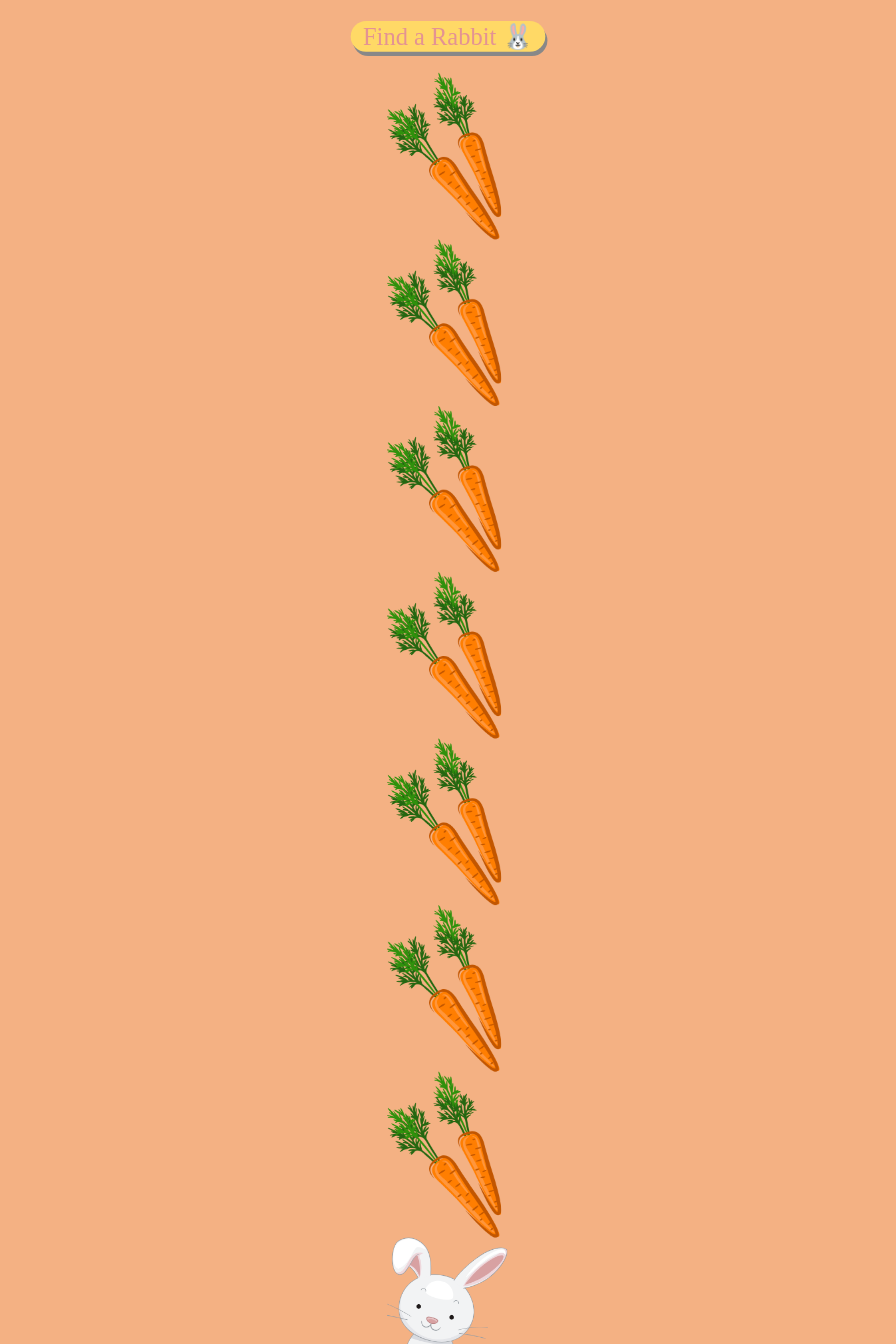
Repository: sephinejo/frontend-browser-101
Page: browser/practice-find-rabbit/index.html
The author's editor kept a copy of each file at every save. The page is drawn from the files as they stood at one save, then again after the next save.
The browser window is 1280 px wide. The pictures show the part of the page from y = 0 to 1920 px (the page is 2925 px tall before and 2990 px after), at 70% of full size.
Some web fonts or font styles are not loaded; a fallback is used.

Above is the page before, as saved 2023-05-10 21:32:31.

### browser/practice-find-rabbit/index.html
<!DOCTYPE html>
<html lang="en">
  <head>
    <meta charset="UTF-8" />
    <meta name="viewport" content="width=device-width, initial-scale=1.0" />
    <title>Find a Rabbit 🐰</title>
    <link rel="preconnect" href="https://fonts.googleapis.com" />
    <link rel="preconnect" href="https://fonts.gstatic.com" crossorigin />
    <link
      href="https://fonts.googleapis.com/css2?family=Alice&display=swap"
      rel="stylesheet"
    />
    <style>
      body {
        margin: 0;
        text-align: center;
        align-items: center;
        background-color: #f4b183;
      }

      button {
        border-style: none;
        border-radius: 1.4rem;
        margin: 30px 0;
        padding: 1.5px 18px;
        background-color: #ffd966;
        color: #e49393;
        font-size: 35px;
        font-family: Alice;
        box-shadow: 3px 6px #888888;
      }

      button:hover {
        transform: scale(1.2);
      }

      img {
        display: block;
        margin: auto;
        width: 175px;
      }
    </style>
  </head>
  <body>
    <button>Find a Rabbit 🐰</button>
    <img src="img/carrot.png" alt="carrot" />
    <img src="img/carrot.png" alt="carrot" />
    <img src="img/carrot.png" alt="carrot" />
    <img src="img/carrot.png" alt="carrot" />
    <img src="img/carrot.png" alt="carrot" />
    <img src="img/carrot.png" alt="carrot" />
    <img src="img/carrot.png" alt="carrot" />
    <img class="rabbit" src="img/rabbit.png" alt="rabbit" />
    <img src="img/carrot.png" alt="carrot" />
    <img src="img/carrot.png" alt="carrot" />
    <img src="img/carrot.png" alt="carrot" />
    <img src="img/carrot.png" alt="carrot" />

    <script>
      const btn = document.querySelector('button');
      const rabbit = document.querySelector('.rabbit');
      btn.addEventListener('click', (e) => {
        rabbit.scrollIntoView({
          behavior: 'smooth',
          block: 'center',
          inline: 'nearest',
        });
      });
    </script>
  </body>
</html>

After the next save:
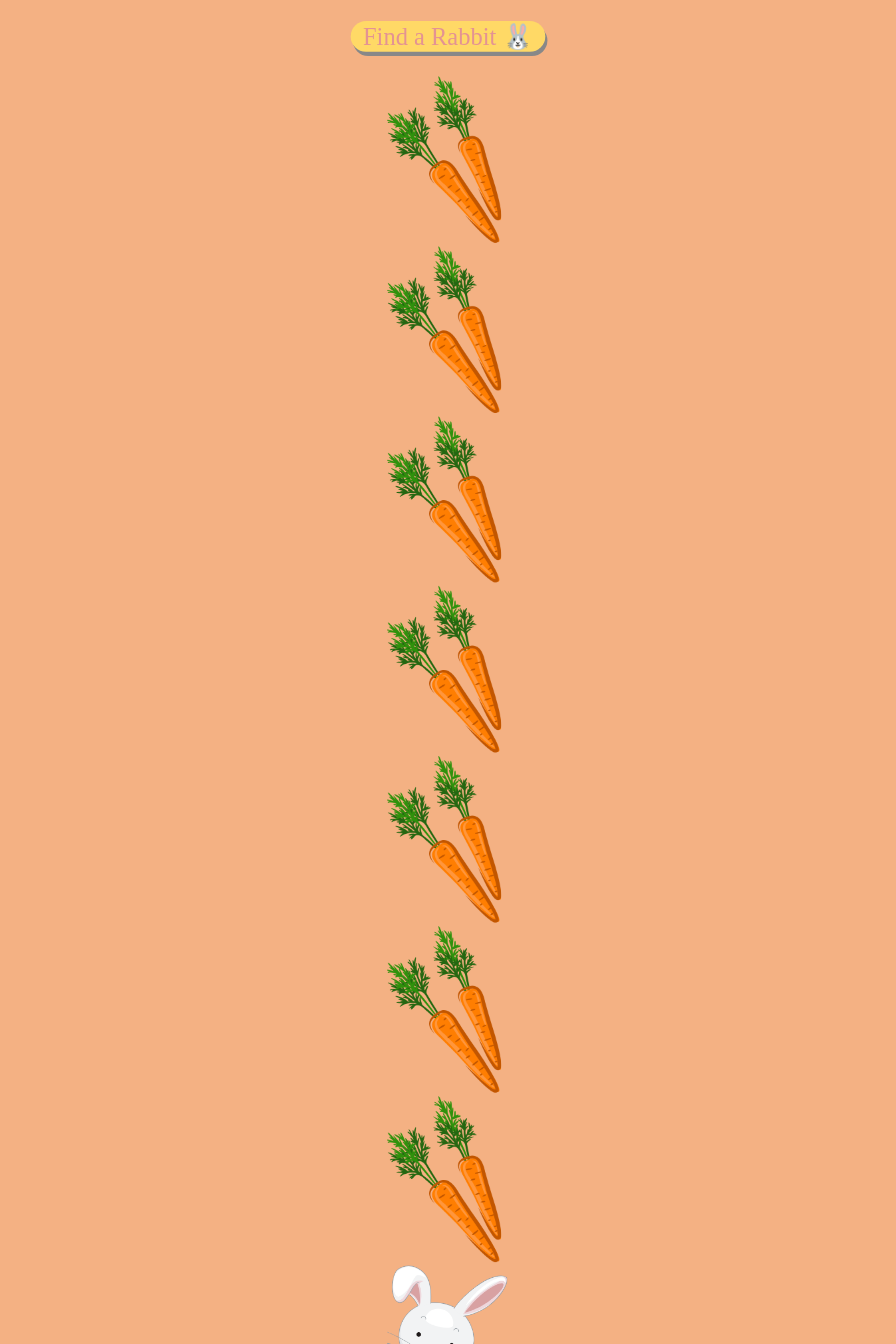
Saved 16 s later.
--- a/browser/practice-find-rabbit/index.html
+++ b/browser/practice-find-rabbit/index.html
@@ -36,7 +36,7 @@
 
       img {
         display: block;
-        margin: auto;
+        margin: 5px auto;
         width: 175px;
       }
     </style>
